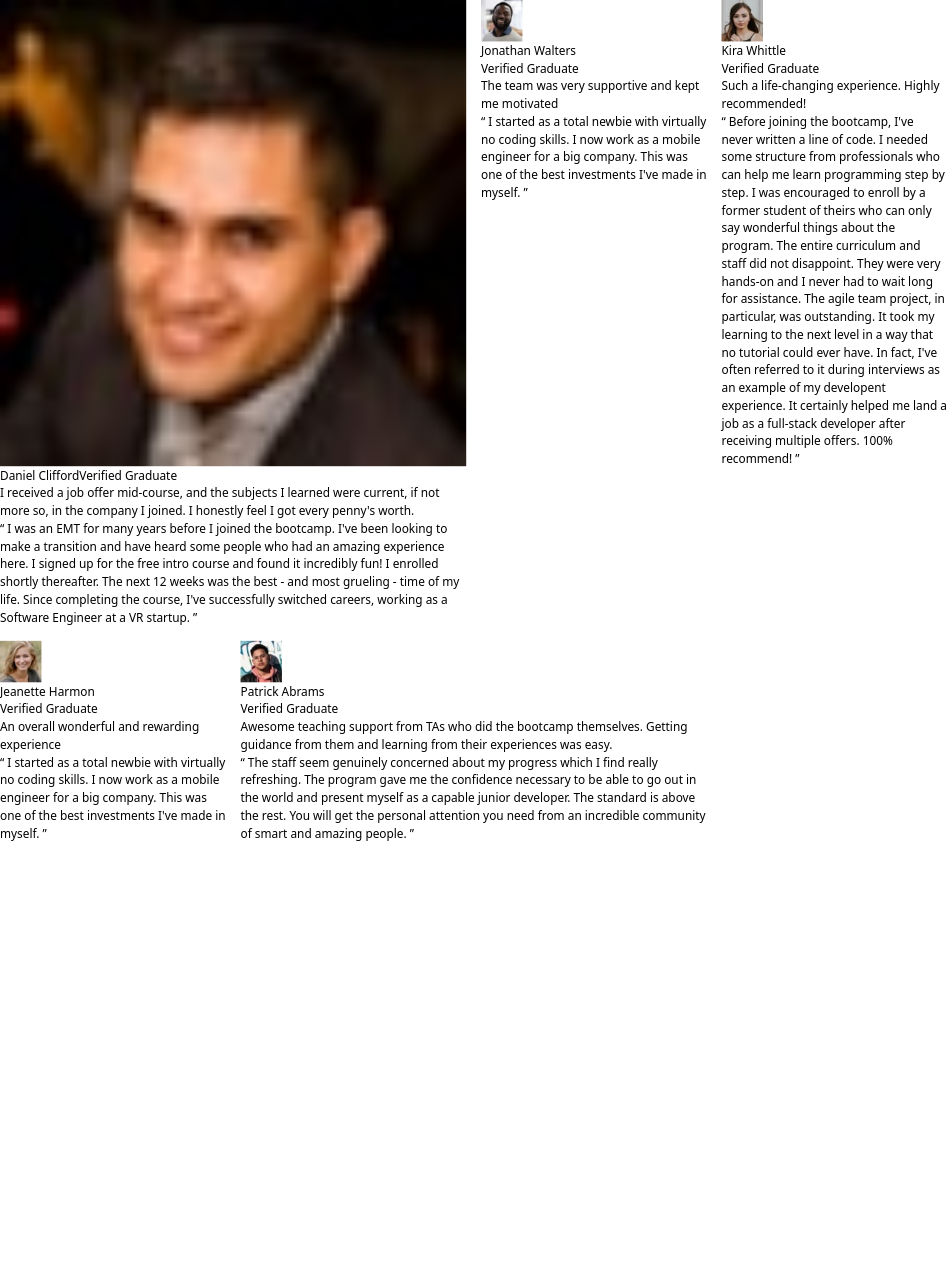
Repository: DiyBookOfLife/ps-FrontendMentor
Page: index.html
The author's editor kept a copy of each file at every save. The page is drawn from the files as they stood at one save, then again after a run of saves.
The browser window is 1280 px wide. The pictures show the whole page, at 74% of full size.
Some web libraries are served in a nearby version.

Above is the page before, as saved 2026-01-02 13:24:43.

### index.html
<!DOCTYPE html>
<html lang="en">

<head>
  <meta charset="UTF-8">
  <meta name="viewport" content="width=device-width, initial-scale=1.0">
  <!-- displays site properly based on user's device -->

  <link rel="icon" type="image/png" sizes="32x32" href="./images/favicon-32x32.png">

  <title>Frontend Mentor | [Challenge Name Here]</title>

  <link rel="preconnect" href="https://fonts.googleapis.com">
  <link rel="preconnect" href="https://fonts.gstatic.com" crossorigin>
  <link href="https://fonts.googleapis.com/css2?family=Barlow+Semi+Condensed:ital,wght@0,100;0,200;0,300;0,400;0,500;0,600;0,700;0,800;0,900;1,100;1,200;1,300;1,400;1,500;1,600;1,700;1,800;1,900&display=swap" rel="stylesheet">

  <!-- <link rel="stylesheet" href="./styles.css"> -->
  <script src="https://cdn.tailwindcss.com"></script>
</head>

<body>
  <main>
    <section class="grid grid-cols-4 grid-rows-2 gap-[20px]">
      <div class="col-start-1 col-end-3">
        <div class="flex flex-col">
          <img class="" src="./images/image-daniel.jpg" alt="picture of daniel">
          <div class="flex">
            <div>Daniel Clifford</div>
            <div>Verified Graduate</div>
          </div>
        </div>

        <p>
          I received a job offer mid-course, and the subjects I learned were current, if not more so,
          in the company I joined. I honestly feel I got every penny's worth.
        </p>

        <p>
          “ I was an EMT for many years before I joined the bootcamp. I've been looking to make a
          transition and have heard some people who had an amazing experience here. I signed up
          for the free intro course and found it incredibly fun! I enrolled shortly thereafter.
          The next 12 weeks was the best - and most grueling - time of my life. Since completing
          the course, I've successfully switched careers, working as a Software Engineer at a VR startup. ”
        </p>
      </div>

      <div class="card" id="jonathan_card">
        <div class="profile">
          <img src="./images/image-jonathan.jpg" alt="picture of jonathan">
          <div>
            <div>Jonathan Walters</div>
            <div>Verified Graduate</div>
          </div>
        </div>

        <p>
          The team was very supportive and kept me motivated
        </p>

        <p>
          “ I started as a total newbie with virtually no coding skills. I now work as a mobile engineer
          for a big company. This was one of the best investments I've made in myself. ”
        </p>
      </div>



      <div class="card" id="jeanette_card">
        <div class="profile">
          <img src="./images/image-jeanette.jpg" alt="picture of jeanette">
          <div>
            <div>Jeanette Harmon</div>
            <div>Verified Graduate</div>
          </div>
        </div>

        <p>
          An overall wonderful and rewarding experience
        </p>

        <p>
          “ I started as a total newbie with virtually no coding skills. I now work as a mobile engineer
          for a big company. This was one of the best investments I've made in myself. ”
        </p>
      </div>


      <div class="col-start-2 col-end-4">
        <div class="profile">
          <img src="./images/image-patrick.jpg" alt="picture of patrick">
          <div>
            <div>Patrick Abrams</div>
            <div>Verified Graduate</div>
          </div>
        </div>

        <p>
          Awesome teaching support from TAs who did the bootcamp themselves. Getting guidance from them and
          learning from their experiences was easy.
        </p>

        <p>
          “ The staff seem genuinely concerned about my progress which I find really refreshing. The program
          gave me the confidence necessary to be able to go out in the world and present myself as a capable
          junior developer. The standard is above the rest. You will get the personal attention you need from
          an incredible community of smart and amazing people. ”
        </p>
      </div>



      <div class="col-start-4 col-end-5 row-start-1 row-end-3">
        <div class="profile">
          <img src="./images/image-kira.jpg" alt="picture of kira">
          <div>
            <div>Kira Whittle</div>
            <div>Verified Graduate</div>
          </div>
        </div>

        <p>
          Such a life-changing experience. Highly recommended!
        </p>

        <p>
          “ Before joining the bootcamp, I've never written a line of code. I needed some structure from
          professionals who can help me learn programming step by step. I was encouraged to enroll by a former
          student of theirs who can only say wonderful things about the program. The entire curriculum and staff
          did not disappoint. They were very hands-on and I never had to wait long for assistance. The agile team
          project, in particular, was outstanding. It took my learning to the next level in a way that no tutorial
          could ever have. In fact, I've often referred to it during interviews as an example of my developent
          experience. It certainly helped me land a job as a full-stack developer after receiving multiple offers.
          100% recommend! ”
        </p>
      </div>

    </section>
  </main>
</body>

</html>

After the next 4 saves:
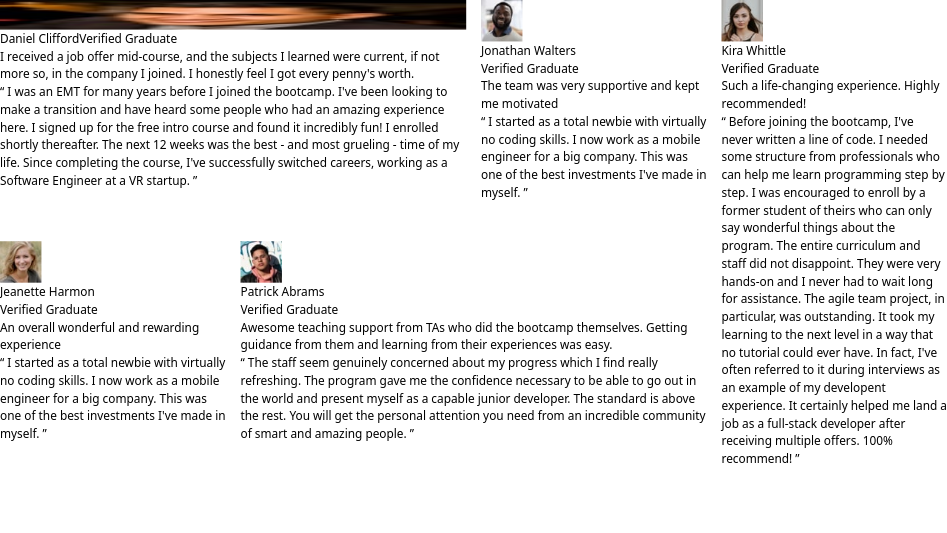
The 4 saves are shown as one change because they came seconds apart.
The last was saved 10 s later.
--- a/index.html
+++ b/index.html
@@ -23,7 +23,7 @@
     <section class="grid grid-cols-4 grid-rows-2 gap-[20px]">
       <div class="col-start-1 col-end-3">
         <div class="flex flex-col">
-          <img class="" src="./images/image-daniel.jpg" alt="picture of daniel">
+          <img class="h-[40px]" src="./images/image-daniel.jpg" alt="picture of daniel">
           <div class="flex">
             <div>Daniel Clifford</div>
             <div>Verified Graduate</div>
